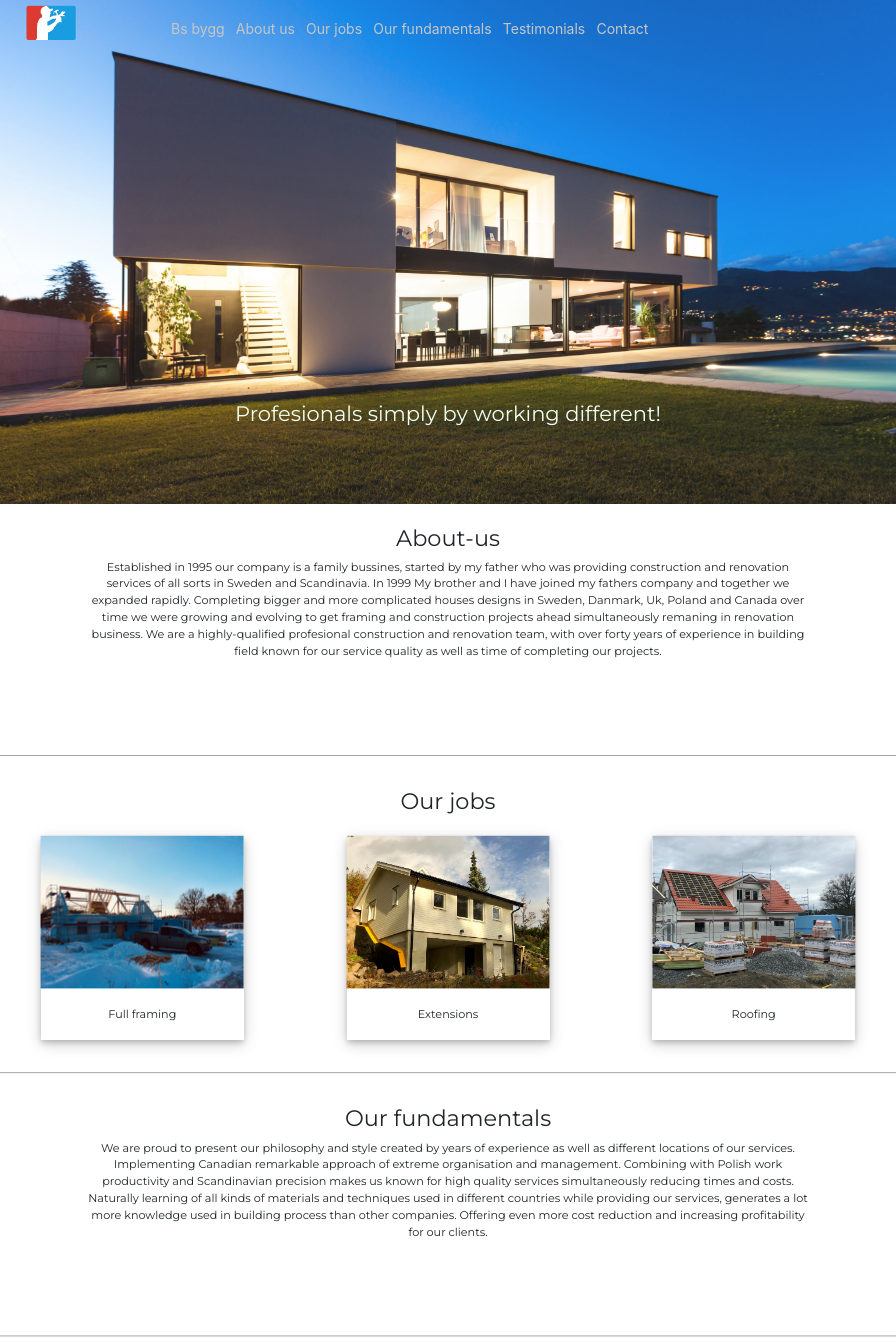
Repository: Bartie1982/milestone-project-1
Page: index.html
The author's editor kept a record of every edit. The page is drawn from the files as they stood at one moment, then again after the next edit.
The browser window is 1280 px wide. The pictures show the part of the page from y = 0 to 1920 px (the page is 2836 px tall), at 70% of full size.
Some web libraries are served in a nearby version.

Above is the page before.

After the next edit:
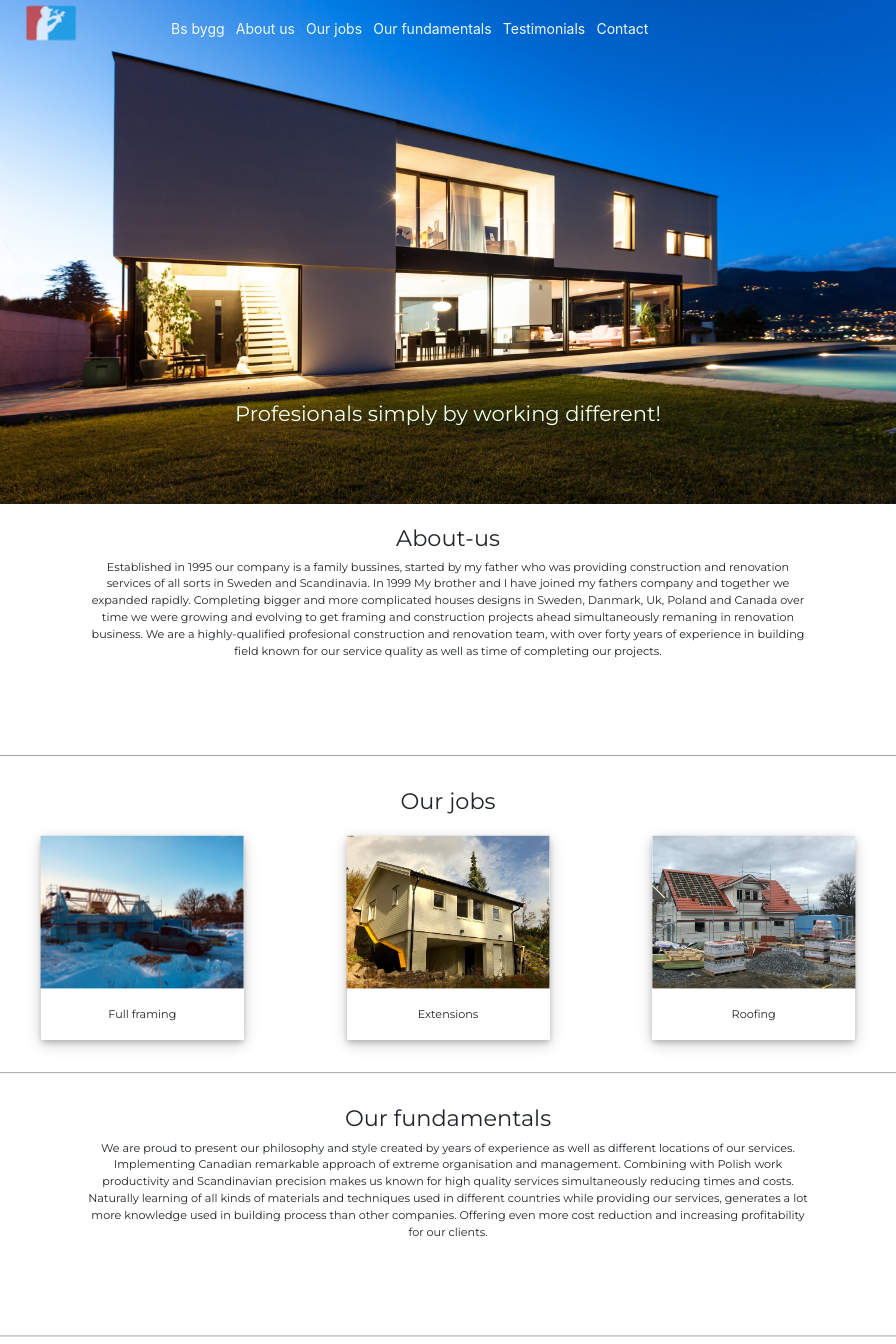
The edit:
--- a/assets/css/style.css
+++ b/assets/css/style.css
@@ -22,7 +22,6 @@
     background: url("../images/Villa1.jpg");
     background-repeat: no-repeat;
     background-size: cover;
-    opacity: .9;
 
 
 }
@@ -37,11 +36,16 @@
     margin-right: 2px;
     padding-left: 0px;
     padding-right:0px;
+    opacity: .7;
+    position: fixed;
+    z-index: 1;
 
 }
 
 
 .navbar {
+    margin-right: auto;
+    margin-left: auto;
     margin-top: 25px;
 
 }
@@ -52,13 +56,12 @@
 }
 
 .custom-toggler.navbar-toggler {
-    margin-right: 15px;
-    border-color: #000000;
+    border-color: #ADD8E6;
 }
 
 .navbar-custom .navbar-brand,
 .navbar-custom .navbar-text {
-    color: #C0C0C0;
+    color: #F0F8FF;
 }
 
 .quote {
